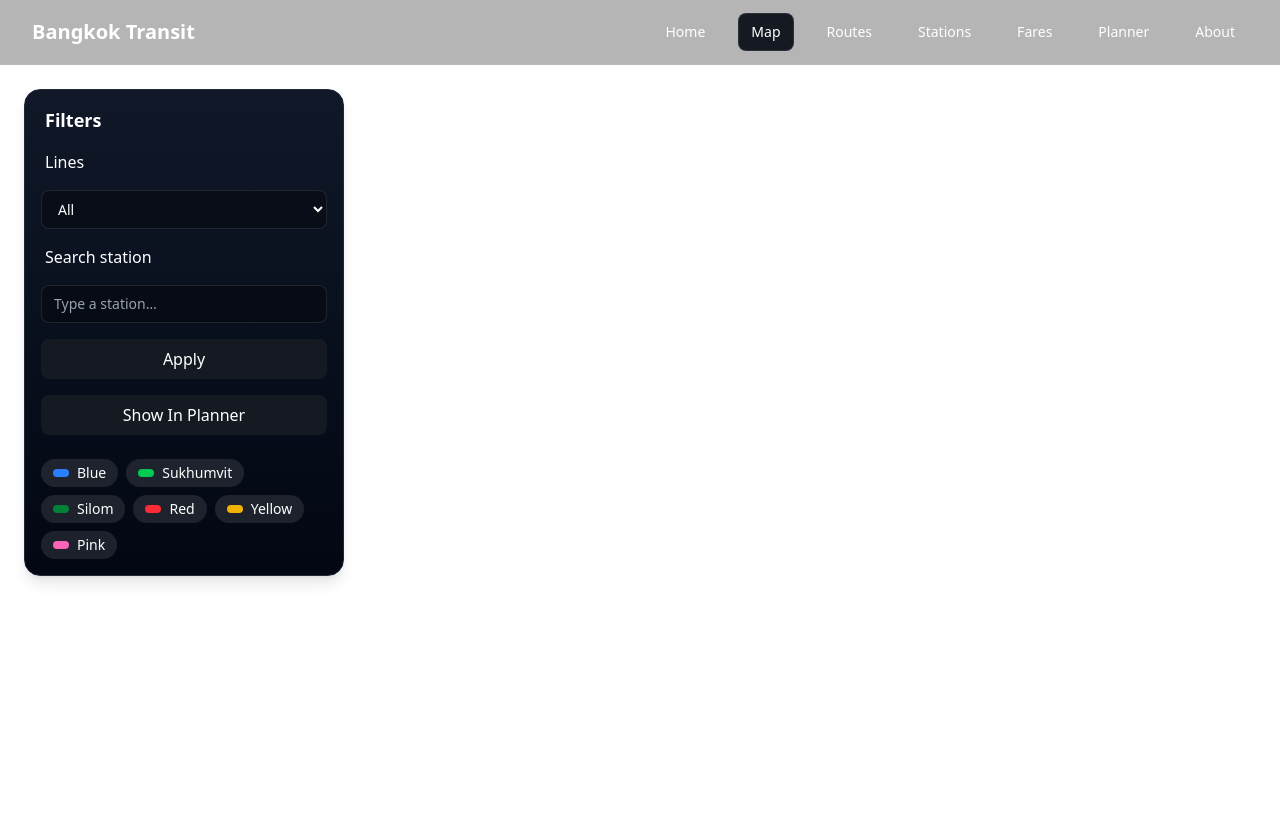
Repository: pyaestk/Bangkok-transit-map
Page: /map
An editor plug-in stored every save of this project. The page is shown before and after the next save, followed by the edit.
The browser window is 1280 px wide. The pictures show the whole page.
The project was rebuilt for these pictures with package versions that can differ from the ones it lists, and the page was loaded fresh each time. Also part of the build but not shown: vite.config.ts, src/pages/Home.tsx, src/pages/Planner.tsx, src/pages/Stations.tsx, src/pages/TrainRoutes.tsx, src/pages/Fares.tsx, src/pages/About.tsx.

Above is the page before, as saved 2025-10-04 10:30:29.

### index.html
<!doctype html>
<html lang="en">
  <head>
    <meta charset="UTF-8" />
    <link rel="icon" type="image/svg+xml" href="/vite.svg" />
    <meta name="viewport" content="width=device-width, initial-scale=1.0" />
    <title>bangkok-transit-map</title>
  </head>
  <body>
    <div id="root"></div>
    <script type="module" src="/src/main.tsx"></script>
  </body>
</html>

### src/main.tsx
import { StrictMode } from 'react'
import { createRoot } from 'react-dom/client'
import './index.css'
import App from './App.tsx'
import { BrowserRouter as Router } from 'react-router'

createRoot(document.getElementById('root')!).render(
  <StrictMode>
    <Router>
      <App />
    </Router>
  </StrictMode>,
)

### src/App.tsx
import "./App.css";
import NavBar from "./component/NavBar";
import { Routes, Route } from "react-router-dom";
import Home from "./pages/Home";
import Map from "./pages/Map";
import Planner from "./pages/Planner";
import Stations from "./pages/Stations";
import TrainRoutes from "./pages/TrainRoutes";
import Fares from "./pages/Fares";
import About from "./pages/About";


function App() {
  return (
    <div className="min-h-screen flex flex-col">
      {/* Navbar at the top */}
      <NavBar />

      {/* Main content area */}
      <main className="flex-1 p-6">
        <Routes>
          <Route
            path="/"
            element={ <Home/> }
          />
          <Route
            path="/map"
            element={ <Map/> }
          />
          <Route
            path="/planner"
            element={ <Planner/>}
          />
          <Route
            path="/routes"
            element={<TrainRoutes/>}
          />
          <Route
            path="/stations"
            element={<Stations/>}
          />
          <Route
            path="/fares"
            element={<Fares/>}
          />
          <Route
            path="/about"
            element={<About/>}
          />
        </Routes>
      </main>
    </div>
  );
}

export default App;

### src/component/NavBar.tsx
import { NavLink } from "react-router-dom";
import { useState } from "react";

function NavBar() {
  const [open, setOpen] = useState(false);

  const baseClasses =
    "px-3 py-2 text-sm border border-transparent block text-center";
  const inactiveClasses = "text-white transition-colors";
  const activeClasses = "bg-[#151922] border rounded-lg text-white border-white/10";

  const links = [
    { to: "/", label: "Home" },
    { to: "/map", label: "Map" },
    { to: "/routes", label: "Routes" },
    { to: "/stations", label: "Stations" },
    { to: "/fares", label: "Fares" },
    { to: "/planner", label: "Planner" },
    { to: "/about", label: "About" },
  ];

  return (
    <nav className="sticky top-0 z-50 bg-[#0a0a0a4d] border-b border-white/10 backdrop-blur-[8px]">
      <div className="max-w-7xl mx-auto px-4 sm:px-6 lg:px-8">
        <div className="flex items-center justify-between h-16">
          {/* Left side (Logo / Brand) */}
          <div className="flex-shrink-0 text-white text-xl font-bold">
            Bangkok Transit
          </div>

          {/* Desktop links */}
          <div className="hidden md:flex space-x-5">
            {links.map((l) => (
              <NavLink
                key={l.to}
                to={l.to}
                className={({ isActive }) =>
                  `${baseClasses} ${isActive ? activeClasses : inactiveClasses}`
                }
              >
                {l.label}
              </NavLink>
            ))}
          </div>

          {/* Mobile hamburger button */}
          <div className="md:hidden">
            <button
              aria-label="Toggle menu"
              onClick={() => setOpen((s) => !s)}
              className="inline-flex items-center justify-center p-2 rounded-md text-white hover:bg-white/5 focus:outline-none focus:ring-2 focus:ring-white"
            >
              <span className="sr-only">Open main menu</span>
              {/* Hamburger / X icon */}
              <svg
                className={`h-6 w-6 ${open ? "hidden" : "block"}`}
                xmlns="http://www.w3.org/2000/svg"
                fill="none"
                viewBox="0 0 24 24"
                strokeWidth={2}
                stroke="currentColor"
                aria-hidden="true"
              >
                <path
                  strokeLinecap="round"
                  strokeLinejoin="round"
                  d="M3 6h18M3 12h18M3 18h18"
                />
              </svg>
              <svg
                className={`h-6 w-6 ${open ? "block" : "hidden"}`}
                xmlns="http://www.w3.org/2000/svg"
                fill="none"
                viewBox="0 0 24 24"
                strokeWidth={2}
                stroke="currentColor"
                aria-hidden="true"
              >
                <path
                  strokeLinecap="round"
                  strokeLinejoin="round"
                  d="M6 18L18 6M6 6l12 12"
                />
              </svg>
            </button>
          </div>
        </div>
      </div>

      {/* Mobile menu, shown when open is true */}
      <div className={`md:hidden ${open ? "block" : "hidden"} `}>
        <div className="px-2 pt-2 pb-3 space-y-1">
          {links.map((l) => (
            <NavLink
              key={l.to}
              to={l.to}
              onClick={() => setOpen(false)}
              className={({ isActive }) =>
                `${baseClasses} ${isActive ? activeClasses : inactiveClasses}`
              }
            >
              {l.label}
            </NavLink>
          ))}
        </div>
      </div>
    </nav>
  );
}

export default NavBar;

### src/pages/Map.tsx
import FiltersCard from "../component/FiltersCard";

export default function Map() {
  return (
    <div className="min-h-screen">
      <FiltersCard/>
    </div>
  )
}

### src/component/FiltersCard.tsx
export default function FiltersCard() {
  return (
    <div className="p-4 rounded-2xl bg-gradient-to-b from-gray-900 to-gray-950 border border-gray-800 shadow-lg w-80 text-white">
      <h2 className="text-lg font-bold mb-4 mx-1">Filters</h2>

      {/* Lines */}
      <label className="block my-4 mx-1">Lines</label>
      <select className="w-full px-3 py-2 rounded-lg bg-black/30 border border-white/10 focus:outline-none text-sm">
        <option>All</option>
        <option>Blue</option>
        <option>Red</option>
        <option>Yellow</option>
      </select>

      {/* Search station */}
      <label className="block my-4 mx-1">Search station</label>
      <input
        type="text"
        placeholder="Type a station…"
        className="w-full text-sm px-3 py-2 rounded-lg bg-black/30 border border-white/10 placeholder-gray-400 focus:outline-none"
      />

      {/* Buttons */}
      <div className="flex flex-col space-y-4 mt-4">
        <button className="px-4 py-2 rounded-lg bg-[#151922] text-white hover:bg-white/10">Apply</button>
        <button className="px-4 py-2 rounded-lg bg-[#151922] text-white hover:bg-white/10">Show In Planner</button>
      </div>

      {/* Line Pills */}
      <div className="flex flex-wrap gap-2 mt-6 text-sm">
        <span className="flex items-center px-3 py-1 rounded-full bg-white/10">
          <span className="w-4 h-2 rounded-full bg-blue-500 mr-2"></span>
          Blue
        </span>
        <span className="flex items-center px-3 py-1 rounded-full bg-white/10">
          <span className="w-4 h-2 rounded-full bg-green-500 mr-2"></span>
          Sukhumvit
        </span>
        <span className="flex items-center px-3 py-1 rounded-full bg-white/10">
          <span className="w-4 h-2 rounded-full bg-green-700 mr-2"></span>
          Silom
        </span>
        <span className="flex items-center px-3 py-1 rounded-full bg-white/10">
            <span className="w-4 h-2 rounded-full bg-red-500 mr-2"></span> Red
        </span>
        <span className="flex items-center px-3 py-1 rounded-full bg-white/10">
            <span className="w-4 h-2 rounded-full bg-yellow-500 mr-2"></span> Yellow
        </span>
        <span className="flex items-center px-3 py-1 rounded-full bg-white/10">
            <span className="w-4 h-2 rounded-full bg-pink-400 mr-2"></span> Pink
        </span>
      </div>
    </div>
  )
}

Loaded but not shown: src/index.css (common file); src/App.css (common file)

After the next save:
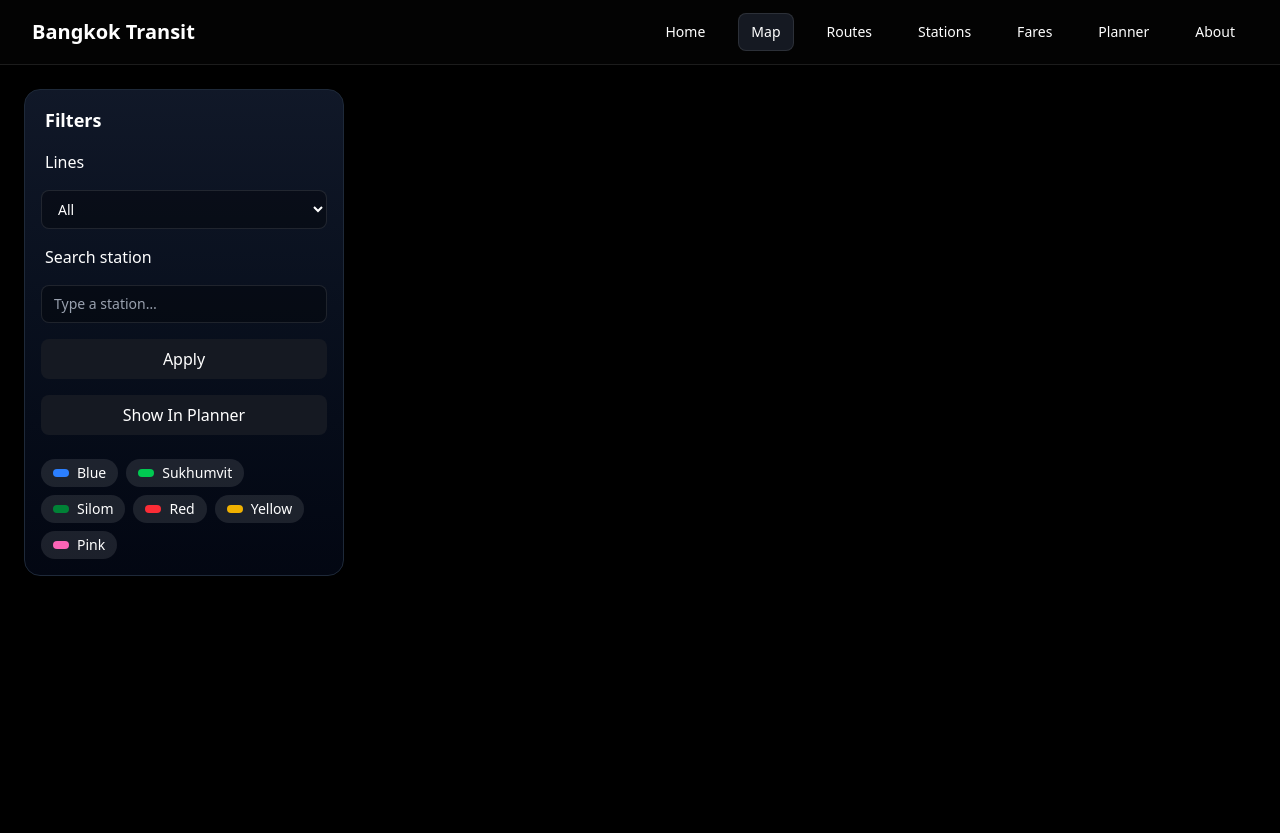
Saved 18 s later.
--- a/src/App.tsx
+++ b/src/App.tsx
@@ -12,7 +12,7 @@ import About from "./pages/About";
 
 function App() {
   return (
-    <div className="min-h-screen flex flex-col">
+    <div className="min-h-screen flex flex-col bg-black">
       {/* Navbar at the top */}
       <NavBar />
 
